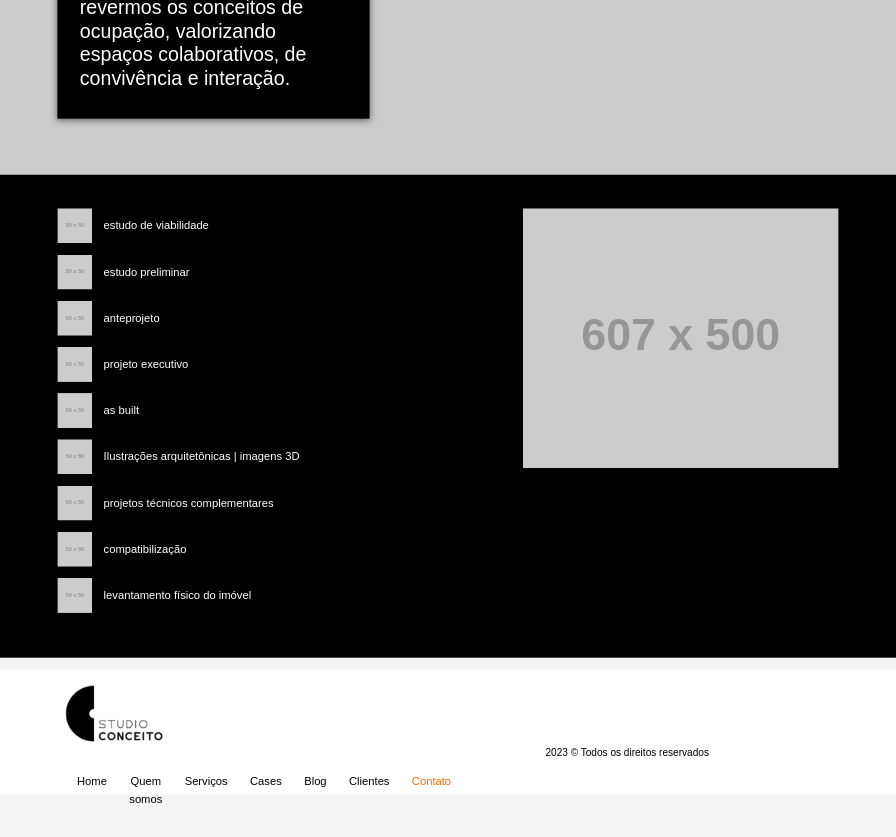
Repository: Upstairs-Agencia/studio-conceito-react
Page: /servicos
These files come from the project's save history. The page is drawn as it stood at one moment and after the next save; the edit follows.
The browser window is 1280 px wide. The pictures show the part of the page from y = 1611 to 3531 px (the page is 2807 px tall before and 3551 px after), at 70% of full size.
The project was rebuilt for these pictures with package versions that can differ from the ones it lists, and the page was loaded fresh each time. Also part of the build but not shown: src/pages/Home.js, src/pages/QuemSomos.js, src/pages/Cases.js, src/pages/Blog.js, src/pages/Clientes.js, src/pages/Contato.js.

Above is the page before, as saved 2024-12-29 03:22:14.

### public/index.html
<!DOCTYPE html>
<html lang="en">
  <head>
    <meta charset="utf-8" />
    <link rel="icon" href="%PUBLIC_URL%/favicon.ico" />
    <meta name="viewport" content="width=device-width, initial-scale=1" />
    <meta name="theme-color" content="#000000" />
    <meta
      name="description"
      content="Web site created using create-react-app"
    />
    <link rel="apple-touch-icon" href="%PUBLIC_URL%/logo192.png" />
    <!--
      manifest.json provides metadata used when your web app is installed on a
      user's mobile device or desktop. See https://developers.google.com/web/fundamentals/web-app-manifest/
    -->
    <link rel="manifest" href="%PUBLIC_URL%/manifest.json" />
    <!--
      Notice the use of %PUBLIC_URL% in the tags above.
      It will be replaced with the URL of the `public` folder during the build.
      Only files inside the `public` folder can be referenced from the HTML.

      Unlike "/favicon.ico" or "favicon.ico", "%PUBLIC_URL%/favicon.ico" will
      work correctly both with client-side routing and a non-root public URL.
      Learn how to configure a non-root public URL by running `npm run build`.
    -->
    <title>Studio Conceito</title>
  </head>
  <body>
    <noscript>You need to enable JavaScript to run this app.</noscript>
    <div id="root"></div>
    <!--
      This HTML file is a template.
      If you open it directly in the browser, you will see an empty page.

      You can add webfonts, meta tags, or analytics to this file.
      The build step will place the bundled scripts into the <body> tag.

      To begin the development, run `npm start` or `yarn start`.
      To create a production bundle, use `npm run build` or `yarn build`.
    -->
  </body>
</html>

### src/index.js

import React from 'react';
import ReactDOM from 'react-dom';
import App from './App';
import 'mdb-react-ui-kit/dist/css/mdb.min.css'; // MDB styles
import './index.css'; // Global styles

ReactDOM.render(
  <React.StrictMode>
    <App />
  </React.StrictMode>,
  document.getElementById('root')
);

### src/App.js

import React from 'react';
import { BrowserRouter as Router, Routes, Route } from 'react-router-dom';
import Home from './pages/Home';
import QuemSomos from './pages/QuemSomos';
import Servicos from './pages/Servicos';
import Cases from './pages/Cases';
import Blog from './pages/Blog';
import Clientes from './pages/Clientes';
import Contato from './pages/Contato';

function App() {
  return (
    <Router>
      <Routes>
        <Route path="/" element={<Home />} />
        <Route path="/quem-somos" element={<QuemSomos />} />
        <Route path="/servicos" element={<Servicos />} />
        <Route path="/cases" element={<Cases />} />
        <Route path="/blog" element={<Blog />} />
        <Route path="/clientes" element={<Clientes />} />
        <Route path="/contato" element={<Contato />} />
      </Routes>
    </Router>
  );
}

export default App;

### src/index.css

body {
  margin: 0;
  font-family: Arial, sans-serif;
  background-color: #f4f4f4;
}

### src/pages/Servicos.js
import React from 'react';
import { MDBContainer, MDBRow, MDBCol } from 'mdb-react-ui-kit';
import Navbar from '../components/navbar';
import Footer from '../components/footer';

const placeholderImage1 = 'https://placehold.co/607x500'; // Imagem ao lado do texto
const placeholderImage2 = 'https://placehold.co/1920x570'; // Imagem de fundo
const placeholderTopicImage = 'https://placehold.co/50x50'; // Placeholder para os ícones

const Servicos = () => {
  return (
    <div>
      <Navbar />

      {/* Seção de cabeçalho do Blog */}
      <section className="bg-black text-white py-5">
        <MDBContainer>
          <MDBRow
            className="align-items-center"
            style={{ height: '150px' }}
          >
            <MDBCol md="6">
              <h1 className="fw-bold">Serviços</h1>
            </MDBCol>
          </MDBRow>
        </MDBContainer>
      </section>

      {/* Sessão Projetar e Construir */}
      <section className="py-5 bg-white">
        <MDBContainer>
          <MDBRow className="align-items-center">
            <MDBCol md="6" className="mb-4">
              <h1 className="fw-bold mb-3">Projetar<br />e Construir</h1>
              <h3>
                Transformamos sonhos em projetos e materializamos projetos em patrimônio físico e tangível.
              </h3>
              <h3>
                Realizamos a Implantação de novos sites; Retrofit de imóvel (revitalização); Closeout (desocupação de imóveis).
              </h3>
              <h3>
                Trabalhamos no formato Turn Key ou por Gerenciamento.
              </h3>
              <h3>
                Entre em contato com o nosso time e fale da sua necessidade.
              </h3>
            </MDBCol>
            <MDBCol md="6">
              <img
                src={placeholderImage1}
                alt="Projetar e Construir"
                style={{ width: '100%', height: 'auto' }}
              />
            </MDBCol>
          </MDBRow>
        </MDBContainer>
      </section>

      {/* Sessão Projetos */}
      <section
        style={{
          backgroundImage: `url(${placeholderImage2})`,
          backgroundSize: 'cover',
          backgroundPosition: 'center',
          padding: '5rem 0',
        }}
      >
        <MDBContainer>
          {/* Retângulo com texto */}
          <div
            style={{
              backgroundColor: "black",
              color: "white",
              padding: "2rem",
              width: "40%",
              left: "2rem", // Margem à esquerda
              height: "auto", // Aumenta a altura com base no conteúdo
              boxShadow: "0px 4px 10px rgba(0, 0, 0, 0.5)", // Para criar um efeito de profundidade
            }}
          >
            <h1 className="fw-bold">Projetos</h1>
            <h3>
              Nosso grande desafio é traduzir a imagem corporativa para a arquitetura, compreendendo o universo e a história de cada cliente. Priorizamos os colaboradores com o objetivo de aumentar a satisfação, bem estar e consequente elevação da produtividade.
            </h3>
            <h3>
              Encaramos o momento atual como um desafio e uma excelente oportunidade de revermos os conceitos de ocupação, valorizando espaços colaborativos, de convivência e interação.
            </h3>
          </div>
        </MDBContainer>
      </section>

      {/* Sessão de tópicos com fundo preto */}
      <section className="bg-black text-white py-5">
        <MDBContainer>
          <MDBRow>
            <MDBCol md="7">
              <ul className="list-unstyled">
                {[
                  "estudo de viabilidade",
                  "estudo preliminar",
                  "anteprojeto",
                  "projeto executivo",
                  "as built",
                  "Ilustrações arquitetônicas | imagens 3D",
                  "projetos técnicos complementares",
                  "compatibilização",
                  "levantamento físico do imóvel"
                ].map((item, index) => (
                  <li key={index} className="d-flex align-items-center mb-3">
                    <img
                      src={placeholderTopicImage}
                      alt="Ícone"
                      className="me-3"
                      style={{ width: '50px', height: '50px' }}
                    />
                    <span>{item}</span>
                  </li>
                ))}
              </ul>
            </MDBCol>
            <MDBCol md="5">
              <img
                src={placeholderImage1}
                alt="Imagem de composição"
                style={{ width: '100%', height: 'auto' }}
              />
            </MDBCol>
          </MDBRow>
        </MDBContainer>
      </section>

      <Footer />
    </div>
  );
};

export default Servicos;

### src/components/navbar.js
import React, { useState } from "react";

import Logo from "../images/logoBlack.png";

import {
  MDBNavbar,
  MDBNavbarBrand,
  MDBContainer,
} from "mdb-react-ui-kit";
import { FaLinkedin, FaInstagram, FaPinterest, FaBars } from "react-icons/fa";
import { IoIosClose } from "react-icons/io";
import { Link } from "react-router-dom";

import SeloGptw from "../images/selo-gptw.png";

const Navbar = () => {
  const [showMenu, setShowMenu] = useState(false);

  return (
    <>
      {/* Navbar */}
      <MDBNavbar dark bgColor="white" className="py-4 px-5">
        <MDBContainer fluid className="d-flex justify-content-between align-items-center">
          {/* Logo */}
          <MDBNavbarBrand href="#" className="ms-5">
            <img
              src={Logo}
              alt="Logo"
              style={{ maxHeight: "90px", marginLeft: "12vw"}}
            />
          </MDBNavbarBrand>

          {/* Social Icons and Menu Toggle */}
          <div className="d-flex align-items-center">
            {/* Social Icons */}
            <div className="d-flex gap-3 me-3">
              <button className="btn btn-light rounded-circle p-2">
                <FaLinkedin size={30} />
              </button>
              <button className="btn btn-light rounded-circle p-2">
                <FaInstagram size={30} />
              </button>
              <button className="btn btn-light rounded-circle p-2">
                <FaPinterest size={30} />
              </button>
            </div>

            {/* FaBars Icon for Sidebar */}
            <button
              className="btn rounded-circle p-2"
              style={{
                background: "none",
                border: "none",
                cursor: "pointer",
              }}
              onClick={() => setShowMenu(!showMenu)}
            >
              <FaBars size={20} color="black" />
            </button>
          </div>
        </MDBContainer>
      </MDBNavbar>

      {/* Sidebar Menu */}
      {showMenu && (
        <div
          className="position-fixed top-0 end-0 bg-white vh-100 vw-350 shadow-lg d-flex flex-column"
          style={{ zIndex: 1050, width: "500px" }}
        >
          <div className="d-flex justify-content-end p-3">
            {/* Close Button */}
            <button
              className="p-0"
              style={{
                background: "none",
                border: "none",
                cursor: "pointer",
              }}
              onClick={() => setShowMenu(false)}
            >
              <IoIosClose size={40} />
            </button>
          </div>





          <div className="p-4 flex-grow-1">
            {/* Menu Items */}
            <ul className="list-unstyled">
              {[
                { label: "Home", link: "/" },
                { label: "Quem somos", link: "/quem-somos" },
                { label: "Serviços", link: "/servicos" },
                { label: "Cases", link: "/cases" },
                { label: "Blog", link: "/blog" },
                { label: "Clientes", link: "/clientes" },
                { label: "Contato", link: "/contato" },
              ].map((item, index) => (
                <li key={index} className="py-2">
                  <Link
                    to={item.link}
                    className="text-decoration-none fs-6"
                    style={{
                      transition: "all 0.3s ease-in-out", // Transição suave
                      color:"black"
                    }}
                    onMouseOver={(e) => {
                      e.currentTarget.style.color = "#FF7F30"; // Altera a cor
                      e.currentTarget.style.fontWeight = "bold"; // Negrito
                    }}
                    onMouseOut={(e) => {
                      e.currentTarget.style.color = "black"; // Retorna à cor original
                      e.currentTarget.style.fontWeight = "normal"; // Retira o negrito
                    }}
                  >
                    {item.label}
                  </Link>
                </li>
              ))}
            </ul>
          </div>



          {/* Footer Section */}
          <div className="d-flex justify-content-between align-items-center px-4 pb-4">
            {/* Social Icons */}
            <div className="d-flex gap-3">
              <button className="btn btn-dark rounded-circle p-2">
                <FaLinkedin size={20} color="white" />
              </button>
              <button className="btn btn-dark rounded-circle p-2">
                <FaInstagram size={20} color="white" />
              </button>
              <button className="btn btn-dark rounded-circle p-2">
                <FaPinterest size={20} color="white" />
              </button>
            </div>

            {/* Placeholder Image */}
            <img
              src={SeloGptw}
              alt="Great Place to Work"
              style={{ maxHeight: "200px", marginBottom: "4rem" }}
            />
          </div>
        </div>
      )}
    </>
  );
};

export default Navbar;

### src/components/footer.js
import React from "react";
import { MDBFooter, MDBContainer, MDBRow, MDBCol } from "mdb-react-ui-kit";
import Logo from "../images/logoBlack.png";
import "../styles/footer.css";

const Footer = () => {
  return (
    <MDBFooter className="footer-container text-center text-white">
      <MDBContainer className="p-4 footer-content">

        <MDBRow className="content-signature">
            {/* Logo e Nome */}
            <MDBCol md="4" className="mb-4 footer-left">
                <img
                    src={Logo}
                    alt="Studio Conceito Logo"
                    className="footer-logo"
                />

                {/* Navegação */}
                <MDBCol md="4" className="mb-3 footer-center">
                    <nav className="footer-nav">
                        <a href="/">Home</a>
                        <a href="/quem-somos"> Quem somos </a>
                        <a href="/servicos">Serviços</a>
                        <a href="/cases">Cases</a>
                        <a href="/blog">Blog</a>
                        <a href="/clientes">Clientes</a>
                        <a href="/contato" className="footerHighlight">
                            Contato
                        </a>
                    </nav>
                </MDBCol>

            </MDBCol>

            {/* Direitos Reservados */}
            <MDBCol md="4" className="mb-4 footer-right">
                <p className="mb-0">2023 &copy; Todos os direitos reservados</p>
            </MDBCol>

        </MDBRow>



      </MDBContainer>
    </MDBFooter>
  );
};

export default Footer;

### src/styles/footer.css
.footer-container {
    background-color: white;
    height: 25vh !important; /* Ocupa 30% da altura da tela */
    display: flex;
    justify-content: center;
    align-items: center;
    color: black;
    font-family: Arial, sans-serif;
    margin: 1rem 0;
  }

  .footer-content {
    height: 100%; /* Garante que o conteúdo ocupe toda a altura do footer */
  }

  .content-signature{
    display: flex;
    flex-direction: row;
  }

  .footer-left {
    display: flex;
    flex-direction: column;
  }

  .footer-logo {
    max-width: 40%; /* Aumenta a imagem para 40% de seu tamanho */
    margin-bottom: 10px;
  }


  .footer-center {
    text-align: center;
    margin: 2rem 0;
  }

  .footer-nav{
    display: flex;
    flex-direction: row;
    justify-content: space-around;
    width:35vw;

  }

  .footerHighlight {
    color: #ff6600 !important;
  }

  .footer-nav a {
    margin: 1px 1rem;
    text-decoration: none;
    color: #000;
    font-size: 1rem;
    transition: color 0.3s ease;
  }

  .footer-nav a:hover {
    color: #ff6600;
  }



  .footer-right {
    text-align: center;
    display: flex;
    justify-content: center;
    align-items: center;
    margin-left: 20vw;
    font-size: 0.9rem;
    color: #000;
  }

After the next save:
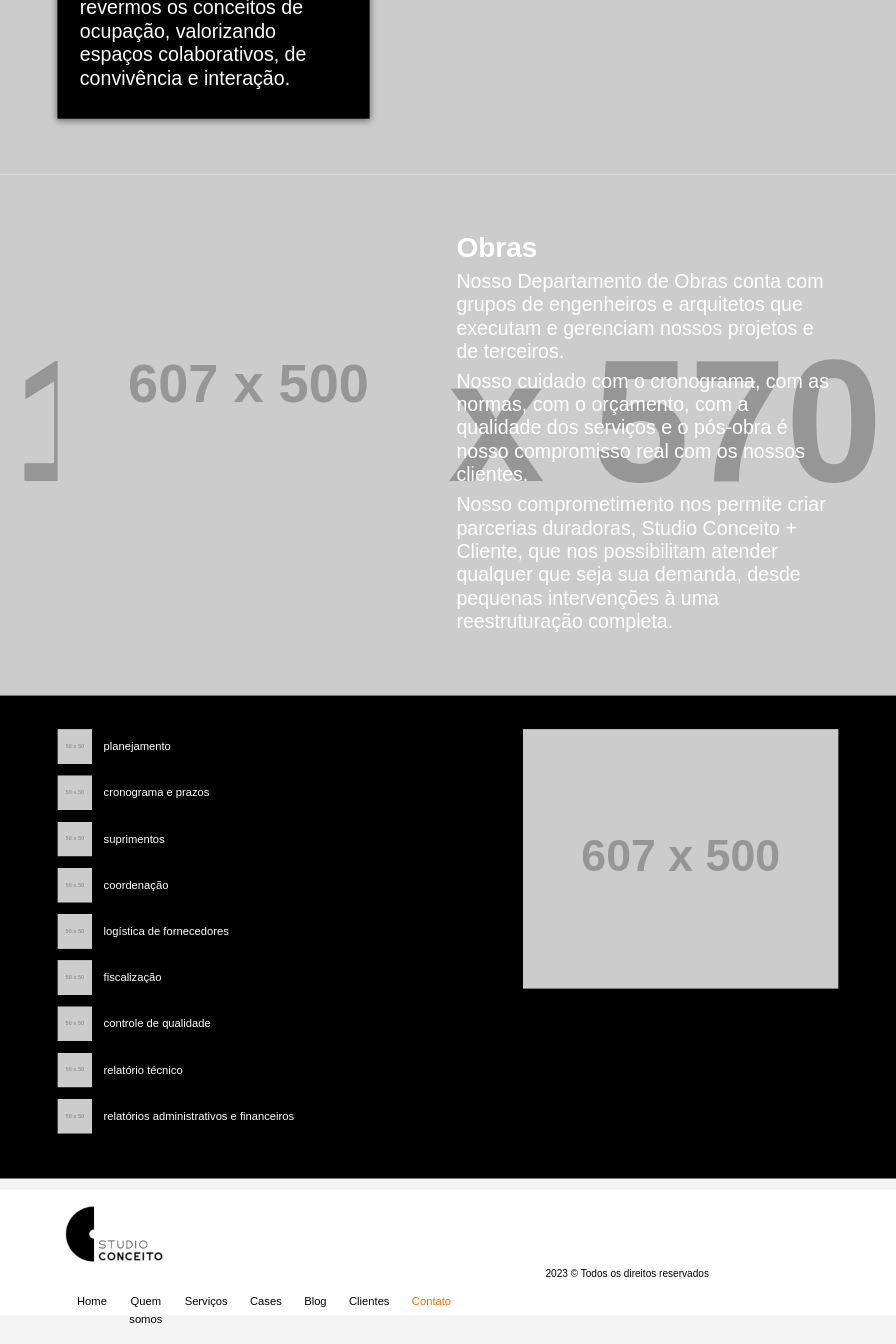
Saved 6 min 47 s later.
--- a/src/pages/Servicos.js
+++ b/src/pages/Servicos.js
@@ -66,16 +66,15 @@ const Servicos = () => {
         }}
       >
         <MDBContainer>
-          {/* Retângulo com texto */}
           <div
             style={{
               backgroundColor: "black",
               color: "white",
               padding: "2rem",
               width: "40%",
-              left: "2rem", // Margem à esquerda
-              height: "auto", // Aumenta a altura com base no conteúdo
-              boxShadow: "0px 4px 10px rgba(0, 0, 0, 0.5)", // Para criar um efeito de profundidade
+              left: "2rem",
+              height: "auto",
+              boxShadow: "0px 4px 10px rgba(0, 0, 0, 0.5)",
             }}
           >
             <h1 className="fw-bold">Projetos</h1>
@@ -89,22 +88,56 @@ const Servicos = () => {
         </MDBContainer>
       </section>
 
-      {/* Sessão de tópicos com fundo preto */}
+      {/* Sessão Obras */}
+      <section
+        style={{
+          backgroundImage: `url(${placeholderImage2})`,
+          backgroundSize: 'cover',
+          backgroundPosition: 'center',
+          padding: '5rem 0',
+        }}
+      >
+        <MDBContainer>
+          <MDBRow>
+            <MDBCol md="6">
+              <img
+                src={placeholderImage1}
+                alt="Obras"
+                style={{ width: '100%', height: 'auto' }}
+              />
+            </MDBCol>
+            <MDBCol md="6" className="text-white">
+              <h1 className="fw-bold">Obras</h1>
+              <h3>
+                Nosso Departamento de Obras conta com grupos de engenheiros e arquitetos que executam e gerenciam nossos projetos e de terceiros.
+              </h3>
+              <h3>
+                Nosso cuidado com o cronograma, com as normas, com o orçamento, com a qualidade dos serviços e o pós-obra é nosso compromisso real com os nossos clientes.
+              </h3>
+              <h3>
+                Nosso comprometimento nos permite criar parcerias duradoras, Studio Conceito + Cliente, que nos possibilitam atender qualquer que seja sua demanda, desde pequenas intervenções à uma reestruturação completa.
+              </h3>
+            </MDBCol>
+          </MDBRow>
+        </MDBContainer>
+      </section>
+
+      {/* Sessão Planejamento e Coordenação */}
       <section className="bg-black text-white py-5">
         <MDBContainer>
           <MDBRow>
             <MDBCol md="7">
               <ul className="list-unstyled">
                 {[
-                  "estudo de viabilidade",
-                  "estudo preliminar",
-                  "anteprojeto",
-                  "projeto executivo",
-                  "as built",
-                  "Ilustrações arquitetônicas | imagens 3D",
-                  "projetos técnicos complementares",
-                  "compatibilização",
-                  "levantamento físico do imóvel"
+                  "planejamento",
+                  "cronograma e prazos",
+                  "suprimentos",
+                  "coordenação",
+                  "logística de fornecedores",
+                  "fiscalização",
+                  "controle de qualidade",
+                  "relatório técnico",
+                  "relatórios administrativos e financeiros"
                 ].map((item, index) => (
                   <li key={index} className="d-flex align-items-center mb-3">
                     <img
